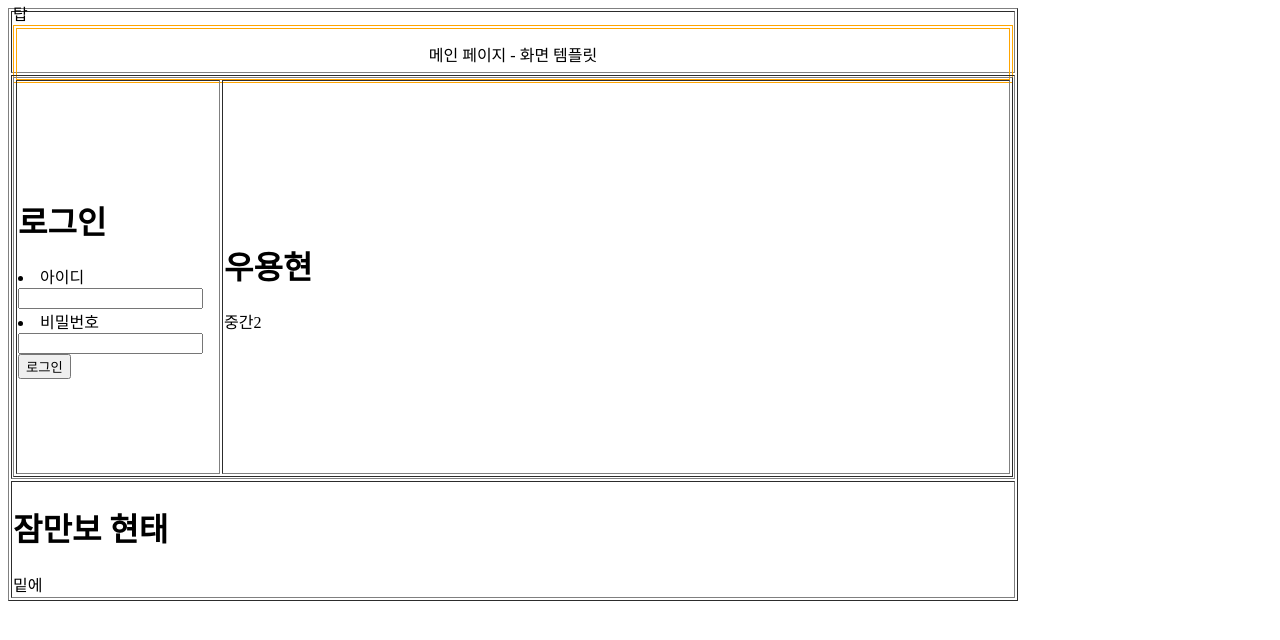
Repository: ikobean/ikoebean
Page: http://localhost/dev_jsp/ch07/index.jsp
The author's editor kept a copy of each file at every save. The page is drawn from the files as they stood at one save, then again after the next save.
The browser window is 1280 px wide. The pictures show the whole page.
The page is served by Tomcat 9.

Above is the page before, as saved 2019-07-17 02:17:36.

After the next save:
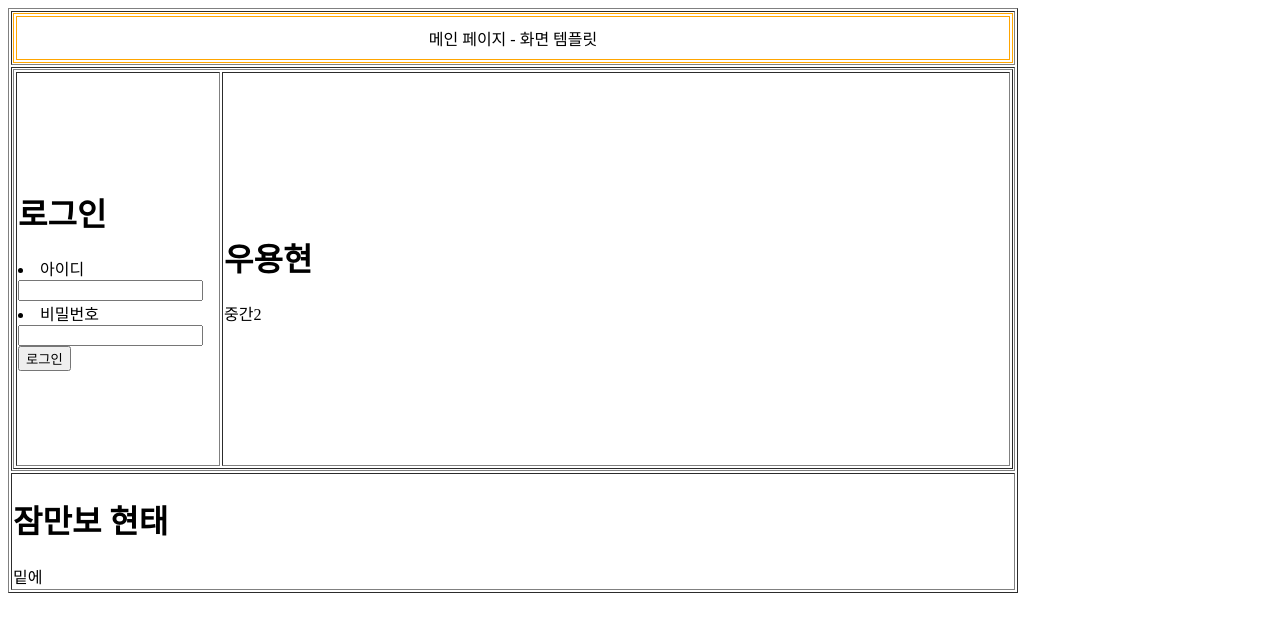
Saved 11 s later.
--- a/workspace_jsp/dev_jsp/WebContent/ch07/index.jsp
+++ b/workspace_jsp/dev_jsp/WebContent/ch07/index.jsp
@@ -11,7 +11,7 @@
 <!-- top 영억 -->
 	<tr>
 	<td height="50" >
-	탑
+
 	<jsp:include page="top.jsp" flush="false"/></td>
 	</tr>
 <!-- body 영억 -->
